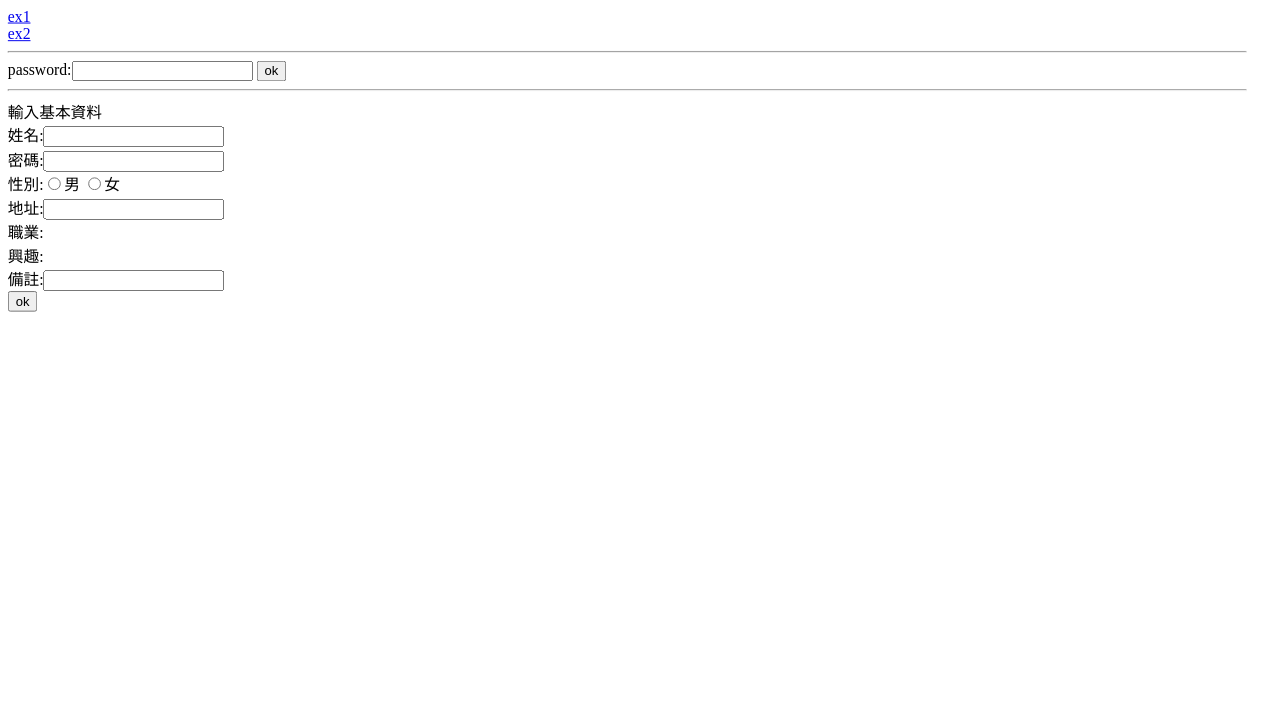
Repository: jtlai0921/javaweb1108
Page: javawebex/WebContent/servletEX/exam.html
An editor plug-in stored every save of this project. The page is shown before and after the next save, followed by the edit.
The browser window is 1280 px wide. The page is 1280 px wide, then 1314 px, so the pictures cover 1314 px, including what lies to the right of the window. The pictures show the whole page, at 98% of full size.

Above is the page before, as saved 2020-11-15 07:20:54.

After the next save:
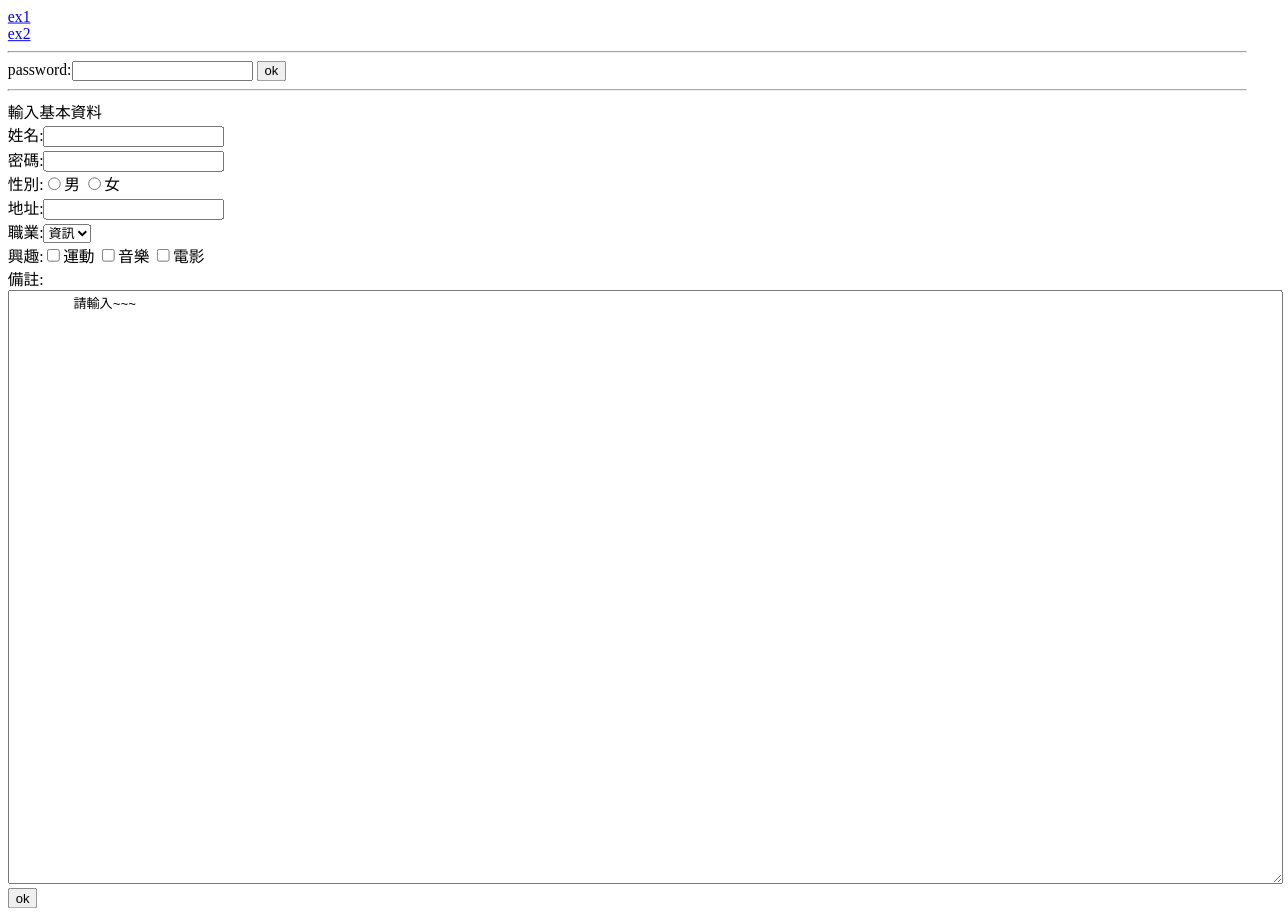
Saved 3 min 27 s later.
--- a/javawebex/WebContent/servletEX/exam.html
+++ b/javawebex/WebContent/servletEX/exam.html
@@ -20,9 +20,16 @@ password:<input type="password" name="password">
 	性別:<input type="radio" name="sex" value="">男
 		<input type="radio" name="sex" value="">女<br>
 	地址:<input type="password" name="password"><br>
-	職業:<br>
-	興趣:<br>
-	備註:<input type="password" name="password"><br>
+	職業:<select name="career">
+		<option value="">資訊
+		<option value="">金融
+		<option value="">教育
+		</select><br>
+	興趣:<input type="checkbox" name="interest" value="">運動
+		<input type="checkbox" name="interest" value="">音樂
+		<input type="checkbox" name="interest" value="">電影<br>
+	備註:<textarea rows="40" cols="160" name="Memery">
+	請輸入~~~</textarea><br>
 	<input type="submit" value="ok">
 </form>
 </body>
